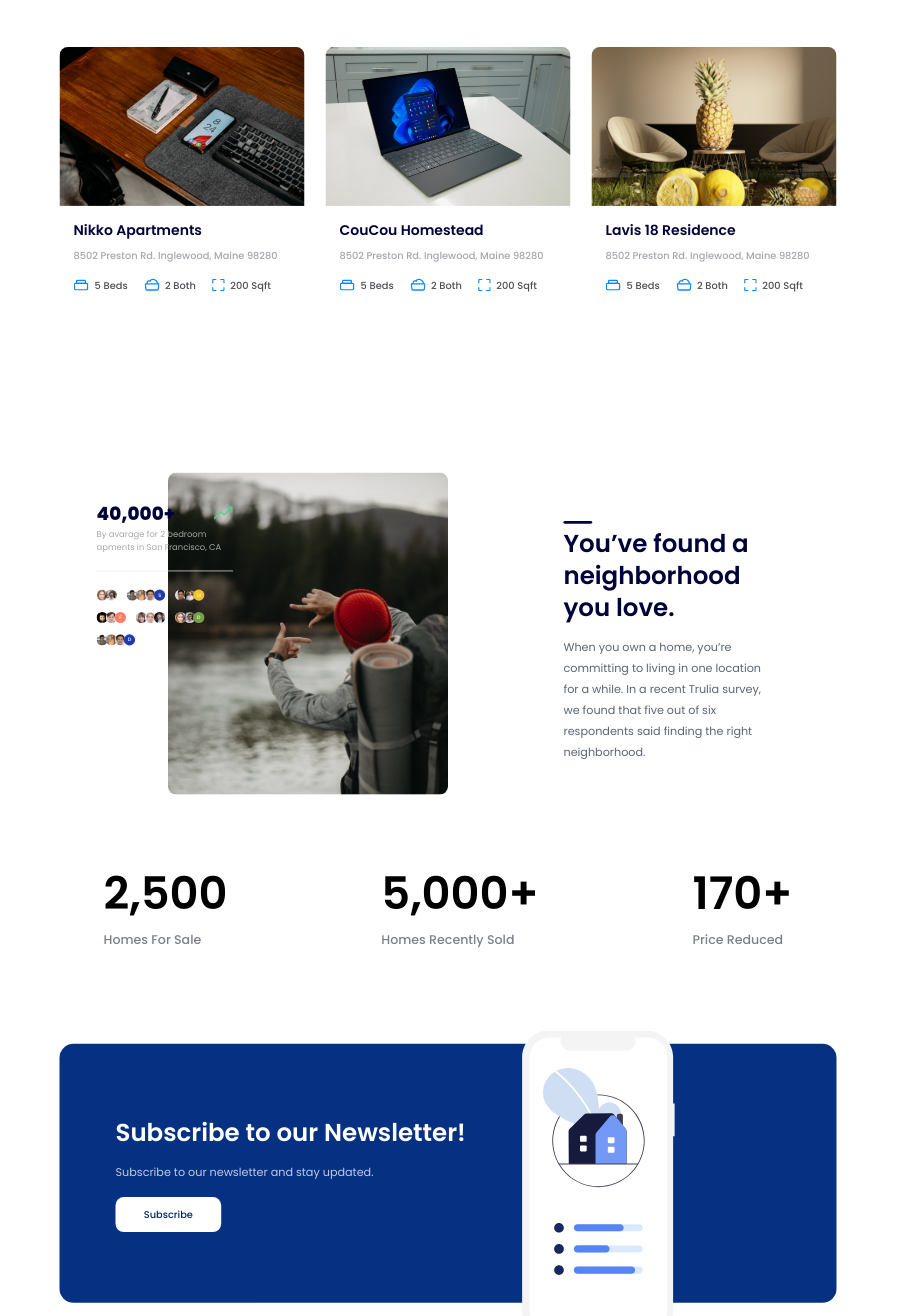
Repository: datvu1608/dv-htmlcss-01
Page: index.html
These files come from the project's save history. The page is drawn as it stood at one moment and after the next save; the edit follows.
The browser window is 1280 px wide. The page is 1295 px wide, so the pictures cover 1295 px, including what lies to the right of the window. The pictures show the part of the page from y = 1963 to 3843 px (the page is 3843 px tall), at 70% of full size.

Above is the page before, as saved 2023-06-13 16:25:45.

### index.html
<!DOCTYPE html>
<html lang="en">
  <head>
    <meta charset="UTF-8" />
    <meta http-equiv="X-UA-Compatible" content="IE=edge" />
    <meta name="viewport" content="width=device-width, initial-scale=1.0" />
    <title>Project 1</title>
    <link rel="stylesheet" href="./assets/css/reset.css" />
    <link rel="stylesheet" href="./assets/fonts/stylesheet.css" />
    <link rel="stylesheet" href="./assets/css/style.css" />
  </head>
  <body>
    <main style="height: 2000px">
      <!-- Header -->
      <header class="header">
        <div class="content">
          <nav class="navbar">
            <!-- logo -->
            <img src="./assets/img/Logo.svg" alt="Besnik" />
            <!-- navigation -->
            <ul>
              <li><a href="#!">Home</a></li>
              <li><a href="#!">Features</a></li>
              <li><a href="#!">Services</a></li>
              <li><a href="#!">Resources</a></li>
              <li><a href="#!">Contact</a></li>
            </ul>
            <!-- action -->
            <div class="actions">
              <a href="#!" class="action-link">Sign up</a>
              <a href="#!" class="btn action-btn">Sign in</a>
            </div>
          </nav>
          <div class="hero">
            <div class="info">
              <p class="sub-title">Welcome to Besnik Agency</p>
              <h1 class="title">Discover a place you'll love to live.</h1>
              <p class="desc">
                Get the best real estate deals first, before they hit the mass
                market! hot forecloseru deals with one simple search.
              </p>
              <a href="#!" class="btn hero-cta">More About Us</a>
            </div>
            <img src="./assets/img/hero-img.svg" alt="" class="hero-img" />
          </div>
        </div>
      </header>

      <!-- Client -->
      <div class="clients">
        <div class="content">
          <div class="row">
            <!-- logo -->
            <img src="./assets/img/Logo.svg" alt="Besnik" />
            <!-- Stars -->
            <div class="stars">
              <img src="./assets/img/star.svg" alt="star" />
              <img src="./assets/img/star.svg" alt="star" />
              <img src="./assets/img/star.svg" alt="star" />
              <img src="./assets/img/star.svg" alt="star" />
              <img src="./assets/img/star.svg" alt="star" />
            </div>
          </div>

          <div class="row row-desc">
            <p class="desc">More than 45,000+ companies trust besnik</p>
            <p class="desc">5 Star Ratings (2k+ Review)</p>
          </div>
          <div class="images">
            <img src="./assets/img/client-1.svg" alt="" />
            <img src="./assets/img/client-2.svg" alt="" />
            <img src="./assets/img/client-3.svg" alt="" />
            <img src="./assets/img/client-4.svg" alt="" />
            <img src="./assets/img/client-5.svg" alt="" />
          </div>
        </div>
      </div>
      <!-- Guides -->
      <div class="guides">
        <div class="content">
          <h2 class="sub-title">How its works?</h2>
          <p class="desc">
            Everything you need to know when you're looking to buy, rent, or
            sell - all in one place.
          </p>

          <!-- List guide -->
          <ul class="list-guide">
            <li class="guide-item">
              <img src="./assets/img/buyer.svg" alt="buyer" class="icon" />
              <h3 class="title">Buyer Guides</h3>
              <a href="#!" class="link"
                ><span>How to buy</span>
                <img
                  src="./assets/img/arrow-right.svg"
                  alt="arrow-right"
                  class="arrow"
                />
              </a>
            </li>
            <li class="guide-item">
              <img src="./assets/img/renter.svg" alt="buyer" class="icon" />
              <h3 class="title">Renter Guides</h3>
              <a href="#!" class="link"
                ><span>How to rental</span>
                <img
                  src="./assets/img/arrow-right.svg"
                  alt="arrow-right"
                  class="arrow"
                />
              </a>
            </li>
            <li class="guide-item">
              <img src="./assets/img/seller.svg" alt="buyer" class="icon" />
              <h3 class="title">Seller Guides</h3>
              <a href="#!" class="link"
                ><span>How to sell</span>
                <img
                  src="./assets/img/arrow-right.svg"
                  alt="arrow-right"
                  class="arrow"
                />
              </a>
            </li>
          </ul>
          <div class="guide-cta">
            <a href="#!" class="btn">Sell Full Guidelines</a>
          </div>
        </div>
      </div>

      <!-- Features -->
      <div class="featured">
        <div class="content">
          <header>
            <h2 class="sub-title">Featured Properties</h2>
            <div class="row">
              <p class="desc">
                Everything you need to know when you're looking
              </p>
              <a href="#!" class="link">
                <span>View All Properties</span>
                <img
                  src="./assets/img/arrow-right.svg"
                  alt="arrow"
                  class="arrow"
                />
              </a>
            </div>
          </header>
          <div class="list">
            <!-- Featured item 1 -->
            <div class="item">
              <a href="#!"
                ><img
                  src="./assets/img/featured-1.jpg"
                  alt="Nikko Arpartments"
                  class="thumb"
              /></a>
              <div class="body">
                <h3 class="title"><a href="#!">Nikko Apartments</a></h3>
                <p class="desc">8502 Preston Rd. Inglewood, Maine 98280</p>
                <div class="info">
                  <img src="./assets/img/beds.svg" alt="" class="icon" />
                  <span class="label">5 Beds</span>
                  <img src="./assets/img/both.svg" alt="" class="icon" />
                  <span class="label">2 Both</span>
                  <img src="./assets/img/sqft.svg" alt="" class="icon" />
                  <span class="label">200 Sqft</span>
                </div>
              </div>
            </div>
            <div class="item">
              <a href="#!">
                <img
                  src="./assets/img/featured-2.jpg"
                  alt="CouCou Homestead"
                  class="thumb"
                />
              </a>
              <div class="body">
                <h3 class="title">
                  <a href="#!" class="line-clamp">CouCou Homestead</a>
                </h3>
                <p class="desc line-clamp">
                  8502 Preston Rd. Inglewood, Maine 98280
                </p>
                <div class="info">
                  <img src="./assets/img/beds.svg" alt="" class="icon" />
                  <span class="label">5 Beds</span>
                  <img src="./assets/img/both.svg" alt="" class="icon" />
                  <span class="label">2 Both</span>
                  <img src="./assets/img/sqft.svg" alt="" class="icon" />
                  <span class="label">200 Sqft</span>
                </div>
              </div>
            </div>
            <div class="item">
              <a href="#!">
                <img
                  src="./assets/img/featured-3.jpg"
                  alt="Lavis 18 Residence"
                  class="thumb"
                />
              </a>
              <div class="body">
                <h3 class="title"><a href="#!">Lavis 18 Residence</a></h3>
                <p class="desc">8502 Preston Rd. Inglewood, Maine 98280</p>
                <div class="info">
                  <img src="./assets/img/beds.svg" alt="" class="icon" />
                  <span class="label">5 Beds</span>
                  <img src="./assets/img/both.svg" alt="" class="icon" />
                  <span class="label">2 Both</span>
                  <img src="./assets/img/sqft.svg" alt="" class="icon" />
                  <span class="label">200 Sqft</span>
                </div>
              </div>
            </div>
          </div>
        </div>
      </div>

      <!-- Stats -->
      <div class="stats">
        <div class="content">
          <div class="row">
            <div class="img-block">
              <img
                class="image"
                src="./assets/img/stats-img.jpg"
                alt="You’ve found a neighborhood you love."
              />
              <!-- Trend -->
              <div class="stats-trend">
                <div class="row">
                  <strong class="value">40,000+</strong>
                  <img src="./assets/img/arrow-trend.svg" alt="" class="icon" />
                </div>
                <p class="desc">
                  By avarage for 2 bedroom apments in San Francisco, CA
                </p>
                <div class="separate"></div>
                <div class="avatar-block">
                  <div class="avatar-group">
                    <img
                      src="./assets/img/avatar-1.jpg"
                      alt="avatar"
                      class="avatar"
                    />
                    <img
                      src="./assets/img/avatar-2.jpg"
                      alt="avatar"
                      class="avatar"
                    />
                  </div>
                  <div class="avatar-group">
                    <img
                      src="./assets/img/avatar-3.jpg"
                      alt="avatar"
                      class="avatar"
                    />
                    <img
                      src="./assets/img/avatar-4.jpeg"
                      alt="avatar"
                      class="avatar"
                    />
                    <img
                      src="./assets/img/avatar-5.jpg"
                      alt="avatar"
                      class="avatar"
                    />
                    <div class="avatar avatar-1">S</div>
                  </div>
                  <div class="avatar-group">
                    <img
                      src="./assets/img/avatar-6.jpg"
                      alt="avatar"
                      class="avatar"
                    />
                    <img
                      src="./assets/img/avatar-7.jpeg"
                      alt="avatar"
                      class="avatar"
                    />
                    <div class="avatar" style="background-color: #f8c120">
                      UI
                    </div>
                  </div>
                  <div class="avatar-group">
                    <img
                      src="./assets/img/avatar-8.jpg"
                      alt="avatar"
                      class="avatar"
                    />
                    <img
                      src="./assets/img/avatar-9.jpg"
                      alt="avatar"
                      class="avatar"
                    />
                    <div class="avatar" style="background: #f97f6b">F</div>
                  </div>
                  <div class="avatar-group">
                    <img
                      src="./assets/img/avatar-10.jpg"
                      alt="avatar"
                      class="avatar"
                    />
                    <img
                      src="./assets/img/avatar-11.jpg"
                      alt="avatar"
                      class="avatar"
                    />
                    <img
                      src="./assets/img/avatar-12.jpg"
                      alt="avatar"
                      class="avatar"
                    />
                  </div>
                  <div class="avatar-group">
                    <img
                      src="./assets/img/avatar-1.jpg"
                      alt="avatar"
                      class="avatar"
                    />
                    <img
                      src="./assets/img/avatar-2.jpg"
                      alt="avatar"
                      class="avatar"
                    />
                    <div class="avatar" style="background: #73a242">D</div>
                  </div>
                  <div class="avatar-group">
                    <img
                      src="./assets/img/avatar-3.jpg"
                      alt="avatar"
                      class="avatar"
                    />
                    <img
                      src="./assets/img/avatar-4.jpeg"
                      alt="avatar"
                      class="avatar"
                    />
                    <img
                      src="./assets/img/avatar-5.jpg"
                      alt="avatar"
                      class="avatar"
                    />
                    <div class="avatar">D</div>
                  </div>
                </div>
              </div>
            </div>
            <div class="info">
              <h2 class="sub-title">You’ve found a neighborhood you love.</h2>
              <p class="desc">
                When you own a home, you’re committing to living in one location
                for a while. In a recent Trulia survey, we found that five out
                of six respondents said finding the right neighborhood.
              </p>
            </div>
          </div>
          <div class="row row-qty">
            <div class="qty-item">
              <strong class="qty">2,500</strong>
              <p class="qty-desc">Homes For Sale</p>
            </div>
            <div class="qty-item">
              <strong class="qty">5,000+</strong>
              <p class="qty-desc">Homes Recently Sold</p>
            </div>
            <div class="qty-item">
              <strong class="qty">170+</strong>
              <p class="qty-desc">Price Reduced</p>
            </div>
          </div>
        </div>
      </div>

      <!-- Subcription -->
      <div class="subcription">
        <div class="content">
          <div class="body">
            <div class="info">
              <h2 class="sub-title">Subscribe to our Newsletter!</h2>
              <p class="desc">Subscribe to our newsletter and stay updated.</p>
              <a href="#!" class="btn">Subscribe</a>
            </div>
            <img
              src="./assets/img/newletter (1).svg"
              alt="image"
              class="image"
            />
          </div>
        </div>
      </div>
    </main>
  </body>
</html>

### assets/css/style.css
* {
  box-sizing: border-box;
}
html {
  font-size: 62.5%;
}
body {
  font-size: 1.6rem;
  font-family: 'Poppins', sans-serif;
}

/* Common */
:root {
  --primary-color: #0f1b4c;
}
a {
  text-decoration: none;
}
.content {
  width: 1110px;
  max-width: calc(100% - 48px);
  margin-left: auto;
  margin-right: auto;
}
.btn {
  display: inline-block;
  padding: 18px 16px;
  min-width: 98px;
  background: var(--primary-color);
  border-radius: 12px;
  font-weight: 500;
  font-size: 1.4rem;
  text-align: center;
  color: #fff;
}
.btn:hover {
  opacity: 0.9;
}
.line-clamp {
  display: -webkit-box;
  -webkit-line-clamp: var(--line-clamp, 2);
  -webkit-box-orient: vertical;
  overflow: hidden;
}
.center {
  display: flex;
  align-items: center;
  justify-content: center;
}
/* Header */
.header {
  position: relative;
  height: 100vh;
  background: #e6f0ff;
}

.navbar {
  display: flex;
  align-items: center;
  padding-top: 38px;
}

.navbar ul {
  display: flex;
  margin-left: 50px;
}

.navbar .actions {
  margin-left: auto;
}
.navbar ul a {
  font-weight: 500;
  font-size: 1s4rem;
  color: #4f5361;
  padding: 8px 1.4rem;
}
.navbar ul a:hover {
  text-decoration: underline;
}
.navbar .action-link {
  font-size: 1.4rem;
  color: var(--primary-color);
  font-weight: 500;
}
.navbar .action-btn {
  padding: 13px 16px;
  margin-left: 18px;
  border-radius: 8px;
}
/* hero */
.hero {
  margin-top: 130px;
}
.hero .info {
  max-width: 51%;
}
.hero .sub-title {
  font-weight: 500;
  font-size: 1.8rem;
  line-height: 1.5;
  letter-spacing: 0.01em;
  color: #687690;
}
.hero .title {
  margin-top: 8px;
  font-weight: 700;
  font-size: 6.2rem;
  line-height: 1.19;
  color: #000336;
}
.hero .desc {
  margin-top: 30px;
  font-weight: 400;
  font-size: 1.8rem;
  line-height: 1.78;
  color: #5a6473;
}

.hero-cta {
  min-width: 170px;
  margin-top: 40px;
}
.hero-img {
  position: absolute;
  right: calc((100vw - 1110px) / 2 - 100px);
  bottom: 0;
}

/* clients   */
.clients {
  margin-top: 79px;
  padding: 43px 0 64px;
}
.clients .row {
  display: flex;
  justify-content: space-between;
}
.clients .desc {
  font-weight: 500;
  font-size: 1.6rem;
  line-height: 1.25;
  color: #7d8589;
}
.clients .row-desc {
  margin-top: 23px;
}
.clients .images {
  display: flex;
  align-items: center;
  justify-content: space-between;
  margin-top: 96px;
}

/* Guides */
.guides {
  margin-top: 40px;
  padding: 93px 0 79px;
}
.guides .sub-title {
  position: relative;
  font-weight: 600;
  font-size: 3.5rem;
  line-height: 1;
  text-align: center;
  color: #000339;
}
.guides .sub-title::before {
  position: absolute;
  top: -10px;
  left: 50%;
  transform: translateX(-50%);
  content: '';
  display: inline-block;
  width: 41px;
  height: 4px;
  background: #000339;
  border-radius: 12px;
}
.guides .desc {
  width: 459px;
  max-width: 100%;
  margin: 20px auto 0;
  font-weight: 400;
  font-size: 1.6rem;
  letter-spacing: 1.15px;
  line-height: 1.88;
  text-align: center;
  color: #5a6473;
}

/* List guide */
.list-guide {
  display: flex;
  justify-content: center;
  margin-top: 70px;
}
.guide-item {
  margin: 0 70px;
  text-align: center;
}
.guide-item .title {
  margin-top: 26px;
  font-weight: 500;
  font-size: 2rem;
  line-height: 1.1;
  color: #3b2c45;
}
.guide-item .link {
  display: inline-block;
  margin-top: 10px;
  font-weight: 600;
  font-size: 1.4rem;
  color: #0689ff;
}
.guide-item .arrow {
  margin-left: 6px;
}
.guide-cta {
  display: flex;
  justify-content: center;
  margin-top: 50px;
}
.guide-cta .btn {
  min-width: 170px;
}

/* Featured */
.featured {
  margin-top: 41px;
  padding: 110px 0;
}
.featured .sub-title {
  font-weight: 600;
  font-size: 3.5rem;
  line-height: 1;
  color: #000339;
}
.featured .row {
  display: flex;
  justify-content: space-between;
  margin-top: 15px;
}
.featured .desc {
  font-weight: 400;
  font-size: 1.6rem;
  line-height: 1.88;
  color: #5a6473;
}
.featured .link {
  display: flex;
  align-items: center;
  font-weight: 600;
  font-size: 1.8rem;
  color: #0689ff;
}
.featured .link .arrow {
  margin-left: 8px;
}

.featured .list {
  display: flex;
  gap: 30px;
  margin-top: 70px;
}
.featured .item {
  flex: 1;
  background: #fff;
  border-radius: 12px;
}
.featured .item .thumb {
  width: 100%;
  height: 227px;
  object-fit: cover;
  border-top-left-radius: 12px;
  border-top-right-radius: 12px;
}
.featured .item .body {
  padding: 17px 20px 24px;
}
.featured .item .title a {
  font-weight: 600;
  font-size: 2rem;
  line-height: 1.5;
  color: #000339;
}
.featured .item .desc {
  margin-top: 11px;
  font-weight: 500;
  font-size: 1.4rem;
  line-height: 1.5;
  color: #a3a6ab;
  --line-clamp: 3;
}
.featured .item .info {
  display: flex;
  align-items: center;
  margin-top: 21px;
}
.featured .item .icon {
  margin-left: 23px;
}
.featured .item .icon:first-child {
  margin-left: 0;
}
.featured .item .label {
  margin-left: 8px;
  font-weight: 500;
  font-size: 1.4rem;
  letter-spacing: 0.01rem;
  color: #4d4d52;
}

/* Stats */
.stats {
  margin-top: 75px;
  padding: 50px 0;
}
.stats .content {
  width: 1048px;
}
.stats .row {
  display: flex;
}
.stats .img-block,
.stats .info {
  width: 50%;
}
.stats .img-block {
  position: relative;
}
.img-block .stats-trend {
  position: absolute;
  top: 0;
  left: 0;
  width: 239px;
  padding: 45px 22px 40px;
  border-radius: 0 0 12px 12px;
}
.stats-trend .value {
  font-weight: 700;
  font-size: 2.6rem;
  letter-spacing: 0.01em;
  color: #000339;
}
.stats-trend .icon {
  margin-left: auto;
}
.stats-trend .desc {
  margin-top: 8px;
  font-weight: 400;
  font-size: 12px;
  line-height: 1.5;
  color: #a7a7a7;
}
.stats-trend .separate {
  height: 1.2px;
  background: #e9e9e9;
  margin-top: 25px;
}
.stats .avatar-block {
  margin-top: 26px;
  display: flex;
  gap: 16px 14px;
  flex-wrap: wrap;
}
.stats .avatar-group {
  display: flex;
}
.stats .avatar {
  width: 16px;
  height: 16px;
  object-fit: cover;
  border-radius: 50%;
  margin-left: -3px;
  background: var(--bg-color, #1f3bb1);
  font-weight: 450;
  font-size: 0.7rem;
  text-align: center;
  line-height: 16px;
  letter-spacing: -0.02em;
  color: #ffffff;
}
.stats .avatar:first-child {
  margin-left: 0;
}
.stats .img-block .image {
  display: block;
  margin-left: auto;
  width: 400px;
  height: 460px;
  object-fit: cover;
  border-radius: 12px;
}
.stats .info {
  padding: 79px 0 0 165px;
}
.stats .sub-title {
  width: 269px;
  font-weight: 600;
  font-size: 35px;
  line-height: 1.29;
  color: #000339;
  position: relative;
}
.stats .sub-title::before {
  content: '';
  display: block;
  width: 41px;
  background: #000339;
  border-radius: 12px;
  height: 4px;
  position: absolute;
  left: 0;
  top: -10px;
}
.stats .info .desc {
  margin-top: 20px;
  width: 296px;
  font-weight: 400;
  font-size: 1.6rem;
  line-height: 1.88;
  color: #5a6473;
}

.stats .row-qty {
  justify-content: space-between;
  margin-top: 110px;
  padding: 0 32px;
}
.stats .qty {
  font-weight: 600;
  font-size: 6.4rem;
  color: #000;
}
.stats .qty-desc {
  margin-top: 24px;
  font-weight: 500;
  font-size: 18px;
  color: #7b8087;
}

/* subcription */
.subcription {
  margin-top: 90px;
}
.subcription .body {
  display: flex;
  position: relative;
  align-items: center;
  height: 370px;
  background: #063183;
  border-radius: 20px;
}
.subcription .info {
  padding: 0 80px;
}
.subcription .sub-title {
  font-weight: 600;
  font-size: 35px;
  line-height: 1.5;
  color: #ffffff;
}
.subcription .desc {
  font-weight: 400;
  margin-top: 15px;
  font-size: 1.6rem;
  line-height: 1.88;
  color: #ffffff;
  opacity: 0.75;
}
.subcription .btn {
  margin-top: 20px;
  min-width: 151px;
  background: #ffffff;
  border-radius: 12px;
  color: #002366;
}

.subcription .imge {
  position: absolute;
  bottom: 0;
  right: 221px;
}

Loaded but not shown: assets/css/reset.css (common file); assets/fonts/stylesheet.css (163 lines, source omitted)

After the next save:
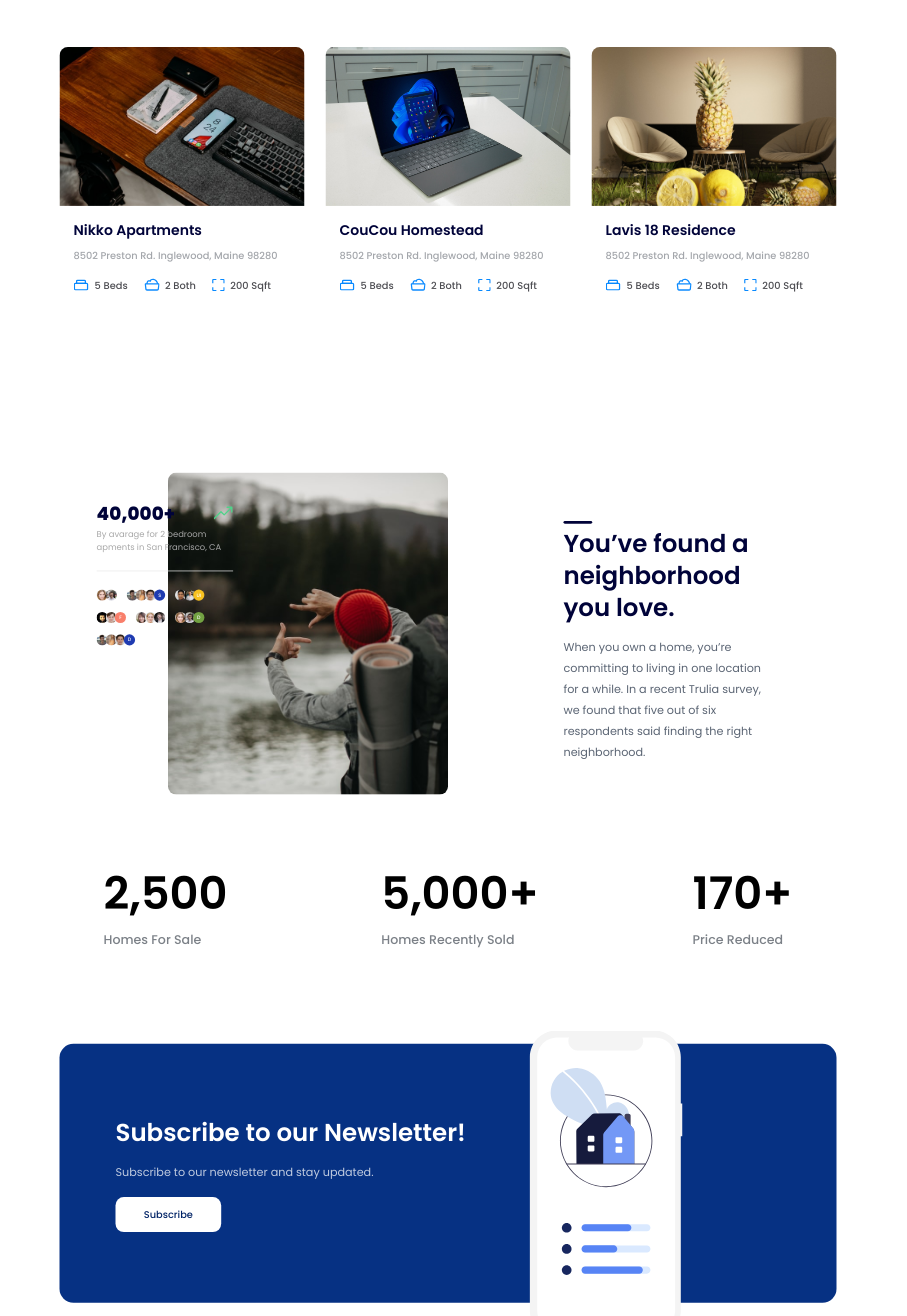
Saved 11 s later.
--- a/assets/css/style.css
+++ b/assets/css/style.css
@@ -452,6 +452,7 @@
   border-radius: 20px;
 }
 .subcription .info {
+  width: 671px;
   padding: 0 80px;
 }
 .subcription .sub-title {
